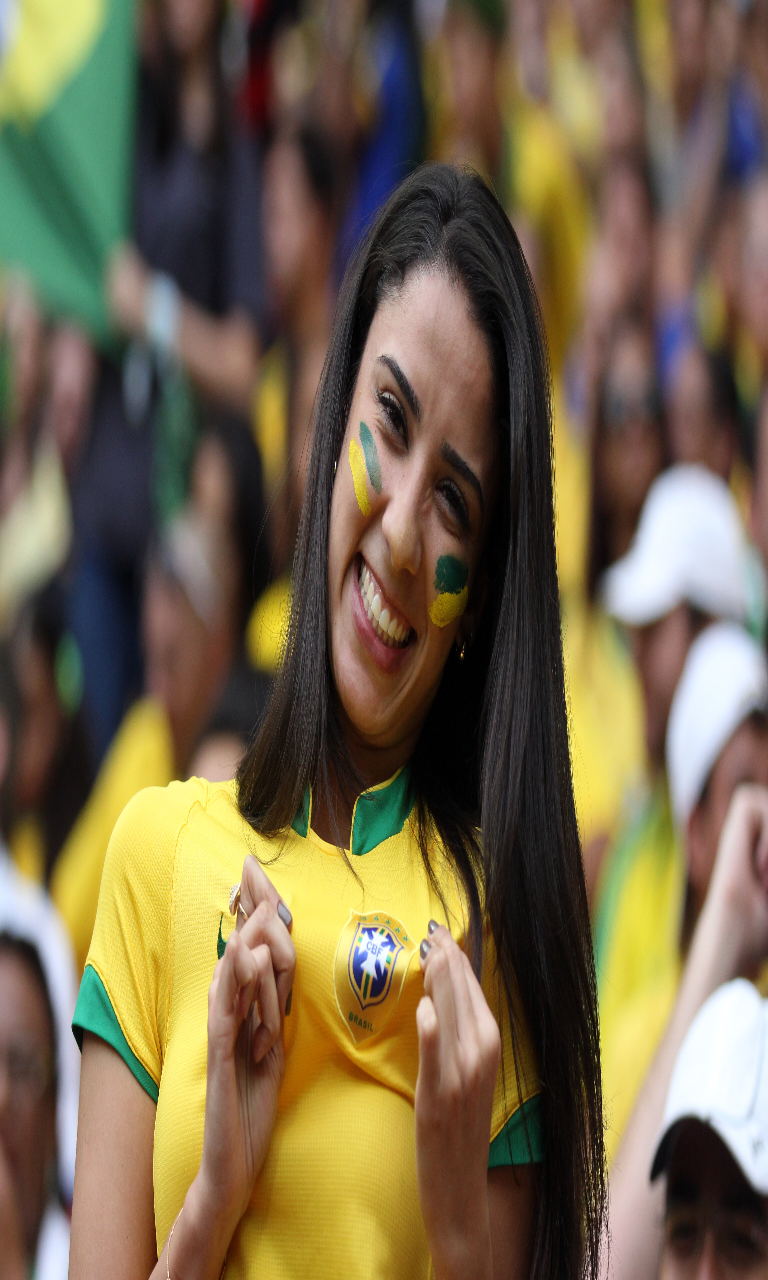
Repository: wellingtondessuy/AppLearning
Layout: HappyApp/res/layout/fragment_5.xml
An editor plug-in stored every save of this project. The layout is shown before and after the next save, followed by the edit.
It is drawn on a 768 x 1280 px phone screen (xhdpi) without system bars, with theme AppTheme; the app's code is not run.

Above is the layout before, as saved 2015-05-22 13:15:37.

After the next save:
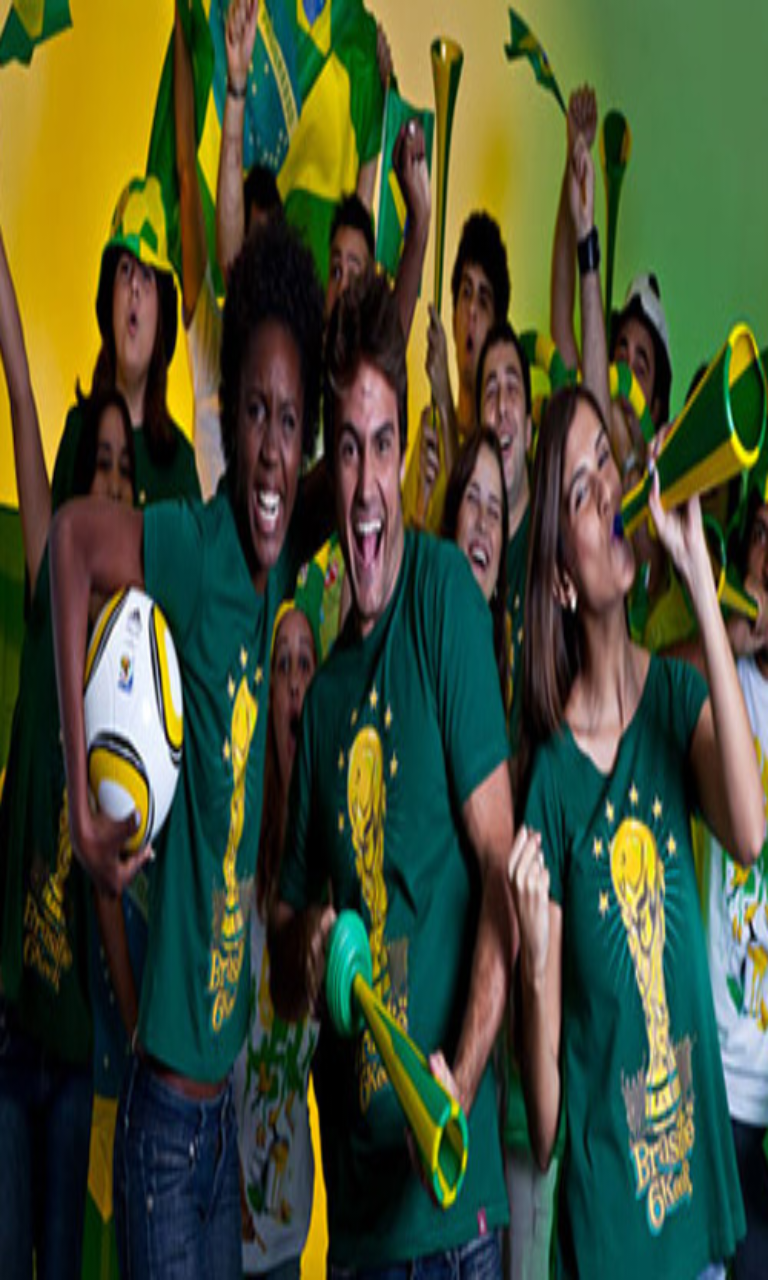
Saved 23 s later.
--- a/HappyApp/res/layout/fragment_5.xml
+++ b/HappyApp/res/layout/fragment_5.xml
@@ -6,7 +6,7 @@
     android:paddingLeft="@dimen/activity_horizontal_margin"
     android:paddingRight="@dimen/activity_horizontal_margin"
     android:paddingTop="@dimen/activity_vertical_margin"
-    android:background="@drawable/back_5"
+    android:background="@drawable/back_3"
     tools:context="com.example.happyapp.MainActivity$PlaceholderFragment" >
 
 </RelativeLayout>
